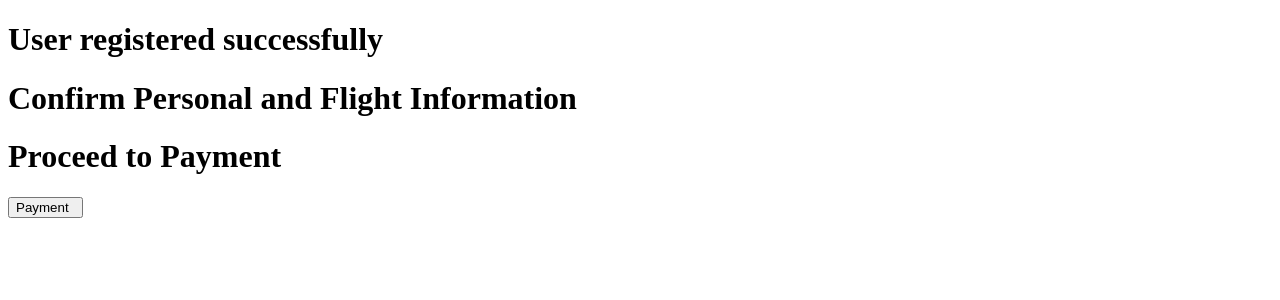
Repository: Shivani2392/FlyAwayProject
Page: http://localhost/FlightBookingPortal/LoginBookFlight.jsp
An editor plug-in stored every save of this project. The page is shown before and after the next save, followed by the edit.
The browser window is 1280 px wide. The pictures show the whole page.
The page is served by Tomcat 9. Other server files are loaded and not shown.

Above is the page before, as saved 2020-11-20 16:14:45.

### FlightBookingPortal/src/main/webapp/LoginBookFlight.jsp
<%@ page language="java" contentType="text/html; charset=ISO-8859-1"
    pageEncoding="ISO-8859-1"%>
<!DOCTYPE html>
<html>
<head>
<meta charset="ISO-8859-1">
<title>Flight Details</title>
</head>
<body>
<h1>User registered successfully</h1>

<h1>Confirm Personal and Flight Information</h1>


<h1>Proceed to Payment</h1>
<input type="submit" value="Payment	" name="Payment"></input>
</body>
</html>

After the next save:
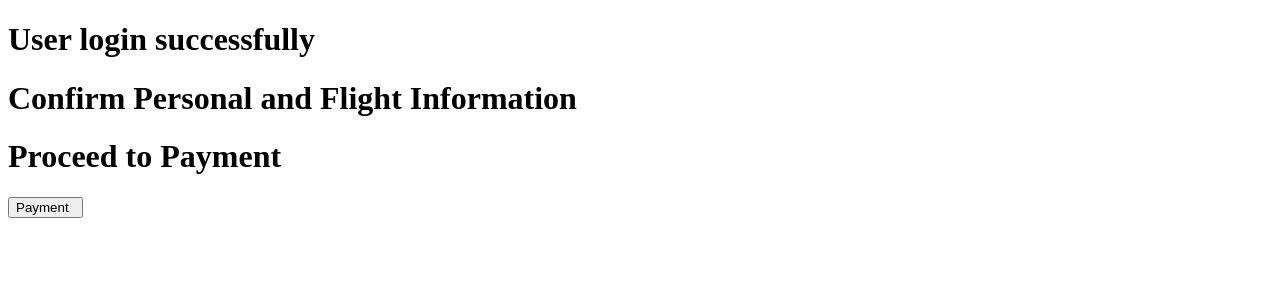
Saved 14 s later.
--- a/FlightBookingPortal/src/main/webapp/LoginBookFlight.jsp
+++ b/FlightBookingPortal/src/main/webapp/LoginBookFlight.jsp
@@ -7,7 +7,7 @@
 <title>Flight Details</title>
 </head>
 <body>
-<h1>User registered successfully</h1>
+<h1>User login successfully</h1>
 
 <h1>Confirm Personal and Flight Information</h1>
 
